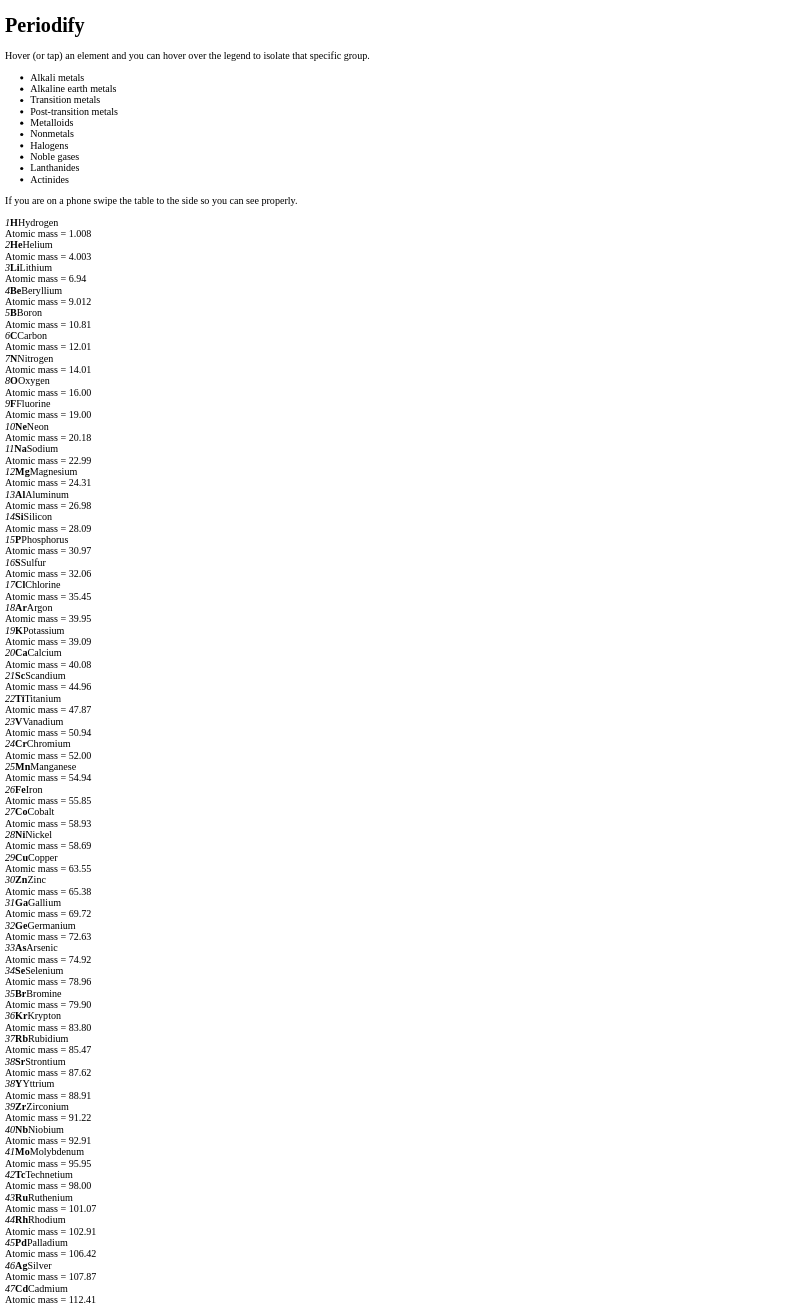
Repository: manayparikh1/Periodify
Page: index.html
The author's editor kept a copy of each file at every save. The page is drawn from the files as they stood at one save, then again after the next save.
The browser window is 1280 px wide. The pictures show the whole page, at 63% of full size.

Above is the page before, as saved 2026-10-16 15:26:21.

After the next save:
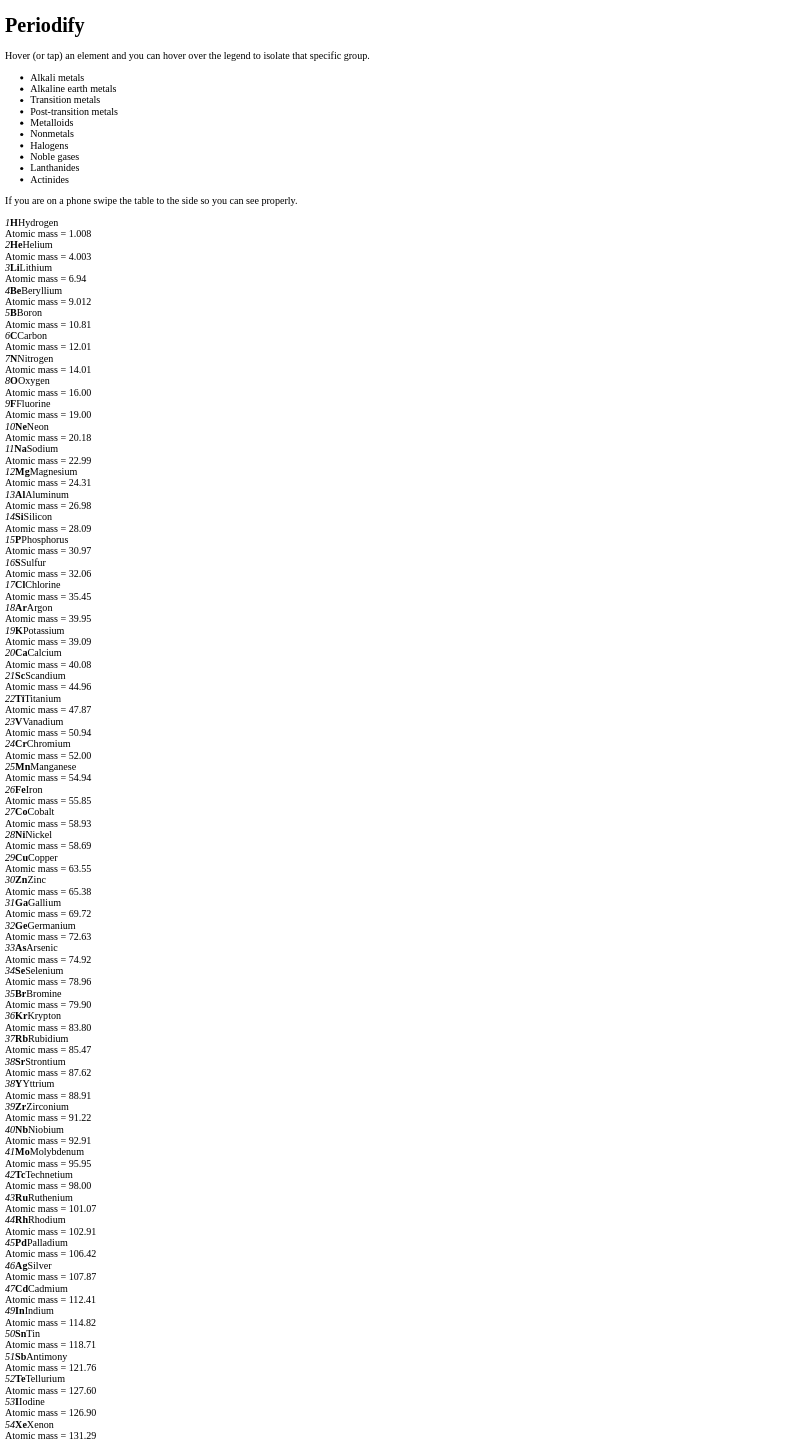
Saved 19 min 16 s later.
--- a/index.html
+++ b/index.html
@@ -87,7 +87,12 @@
             <div class="el tm" tabindex="0"><i>45</i><b>Pd</b><span>Palladium<br>Atomic mass = 106.42</span></div>
             <div class="el tm" tabindex="0"><i>46</i><b>Ag</b><span>Silver<br>Atomic mass = 107.87</span></div>
             <div class="el tm" tabindex="0"><i>47</i><b>Cd</b><span>Cadmium<br>Atomic mass = 112.41</span></div>
+            <div class="el pt" tabindex="0"><i>49</i><b>In</b><span>Indium<br>Atomic mass = 114.82</span></div>
+            <div class="el pt" tabindex="0"><i>50</i><b>Sn</b><span>Tin<br>Atomic mass = 118.71</span></div>
+            <div class="el md" tabindex="0"><i>51</i><b>Sb</b><span>Antimony<br>Atomic mass = 121.76</span></div>
+            <div class="el md" tabindex="0"><i>52</i><b>Te</b><span>Tellurium<br>Atomic mass = 127.60</span></div>
+            <div class="el hg" tabindex="0"><i>53</i><b>I</b><span>Iodine<br>Atomic mass = 126.90</span></div>
+            <div class="el ng" tabindex="0"><i>54</i><b>Xe</b><span>Xenon<br>Atomic mass = 131.29</span></div>
             <!-- the sixth period -->
-            <div class="el ak" </div>
 
 </body>
